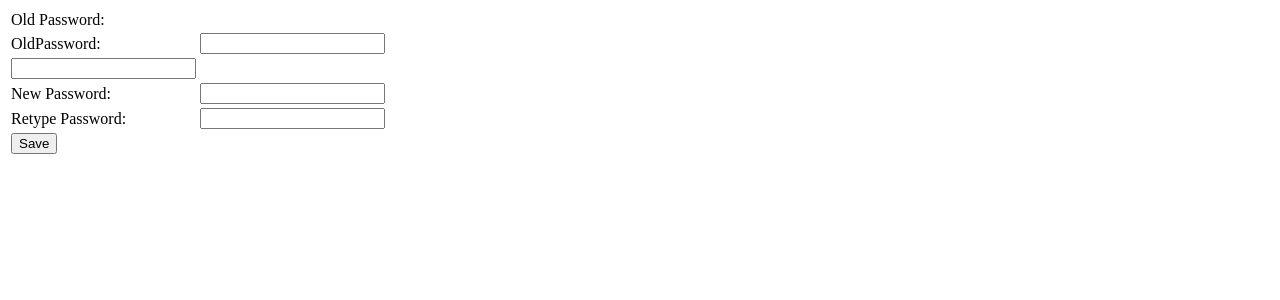
Repository: tarik788/prac
Page: http://localhost/Struts_validations/Manager/ChangePassword.jsp
The author's editor kept a copy of each file at every save. The page is drawn from the files as they stood at one save, then again after the next save.
The browser window is 1280 px wide. The pictures show the whole page.
The page is served by Tomcat 9. Other server files are loaded and not shown.

Above is the page before, as saved 2014-06-18 10:18:51.

### Java/AdvJava/Project/Struts_validations/WebContent/Manager/ChangePassword.jsp
<%@ page language="java" contentType="text/html; charset=ISO-8859-1"
	pageEncoding="ISO-8859-1"%>
<%@ taglib prefix="s" uri="/struts-tags"%>

<!DOCTYPE html PUBLIC "-//W3C//DTD HTML 4.01 Transitional//EN" "http://www.w3.org/TR/html4/loose.dtd">

<div id="content">

	<form action="ChangePassword.action" method="post">
		<table>
			<tr>
				<td>Old Password:</td>
				<s:password name="oldPassword" label="OldPassword"></s:password>
				<td><input type='password' id="oldPassword" name="oldPassword"
					value="" /></td>
			</tr>
			<tr>
				<td>New Password:</td>
				<td><input type='password' id="newPassword" name="newPassword"
					value="" /></td>
			</tr>
			<tr>
				<td>Retype Password:</td>
				<td><input type='password' id="retypedPassword"
					name="retypedPassword" value="" /></td>
			</tr>
			<tr>
				<td colspan="2" class="center"><input type='submit' id='btnSubmit'
					value='Save' /></td>
			</tr>
			<tr>
				<td colspan="2"><label class="message center"><s:property value="errorMessage" /></label></td>
			</tr>
		</table>
	</form>
</div>

After the next save:
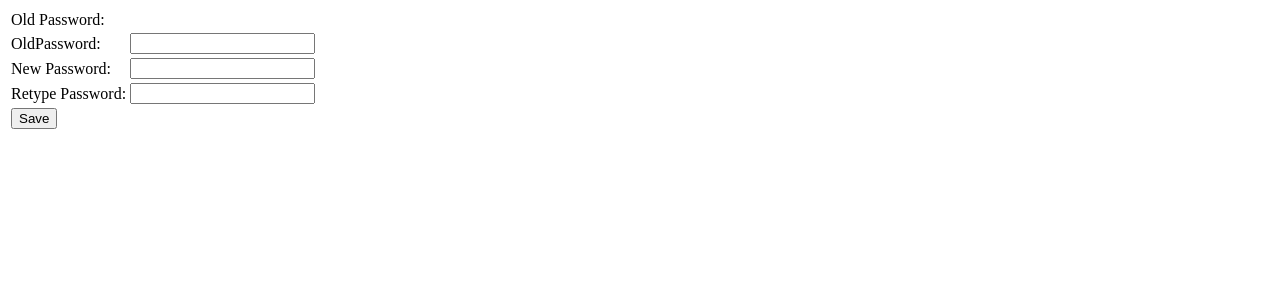
Saved 28 s later.
--- a/Java/AdvJava/Project/Struts_validations/WebContent/Manager/ChangePassword.jsp
+++ b/Java/AdvJava/Project/Struts_validations/WebContent/Manager/ChangePassword.jsp
@@ -10,9 +10,8 @@
 		<table>
 			<tr>
 				<td>Old Password:</td>
-				<s:password name="oldPassword" label="OldPassword"></s:password>
-				<td><input type='password' id="oldPassword" name="oldPassword"
-					value="" /></td>
+
+				<td><s:password name="oldPassword" label="OldPassword"></s:password></td>
 			</tr>
 			<tr>
 				<td>New Password:</td>
